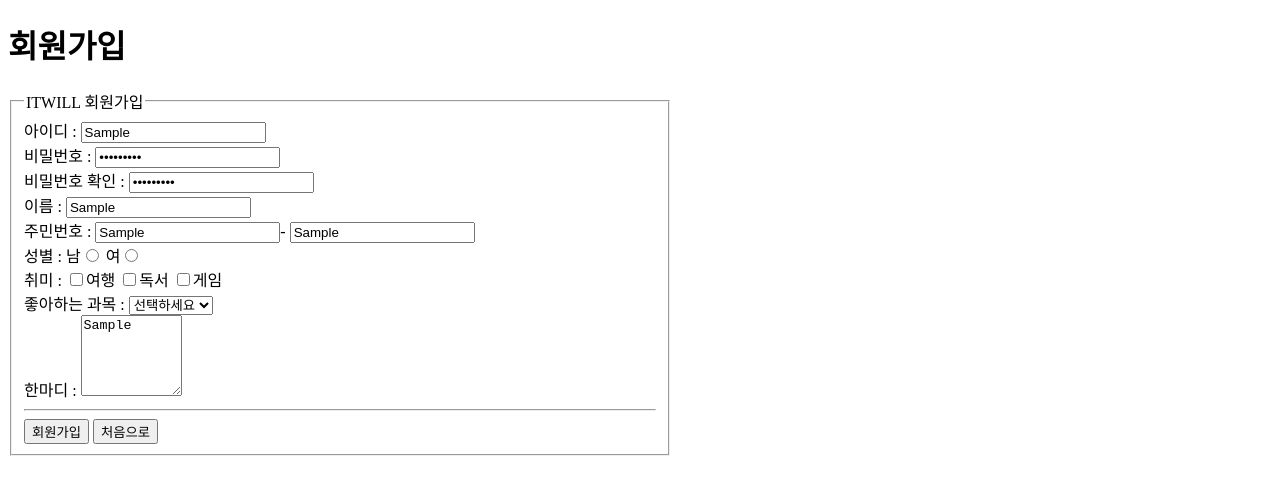
Repository: hololog/workspace_jsp1
Page: JspStudy/src/main/webapp/js1/test_김성기.html
The author's editor kept a copy of each file at every save. The page is drawn from the files as they stood at one save, then again after the next save.
The browser window is 1280 px wide. The pictures show the whole page.
Empty fields were first filled with sample values (such as "Sample", 5 or name@example.com).
After loading, the first visible `input[onclick="f1()"]` was clicked once.

Above is the page before, as saved 2021-12-16 06:25:14.

### JspStudy/src/main/webapp/js1/test_김성기.html
<!DOCTYPE html>
<html>
<head>
<meta charset="UTF-8">
<title>Insert title here</title>
<script type="text/javascript">
function f1() {
	//1) 필수조건 모두 체크(비어있는것 체크)
	//2) 아이디가 5~10자리 인지 체크
	//3) 비밀번호와 비밀번호 확인의 값이 같은지 체크
	//4) 주민번호 앞자리 6자리 인지 체크
	//5) 주민번호 뒷자리 7자리 인지 체크

// 	if(document.fr.id.value==""){
// 		alert("아이디를 입력하세요");
// 		document.fr.id.focus();
// 		return;
// 	}

// 	if(document.fr.id.value.length<5 || document.fr.id.value.length>10){
// 		alert("아이디는 5~10자리입니다");
// 		document.fr.id.focus();
// 		return;
// 	}

// 	if(document.fr.pass.value==""){
// 		alert("패스워드를 입력하세요");
// 		document.fr.pass.focus();
// 		return;
// 	}

// 	if(document.fr.pass1.value==""){
// 		alert("패스워드를 확인해주세요");
// 		document.fr.pass1.focus();
// 		return;
// 	}
	if(document.fr.pass.value!=document.fr.pass1.value){
		alert("비밀번호가 일치하지 않습니다. 다시 입력하세요");
		document.fr.pass1.focus();
		return;
	}

// 	if(document.fr.name.value==""){
// 		alert("이름을 입력하세요");
// 		document.fr.name.focus();
// 		return;
// 	}

// 	if(document.fr.snum1.value==""){
// 		alert("주민번호를 입력하세요");
// 		document.fr.snum1.focus();
// 		return;
// 	}
// 	if(document.fr.snum2.value=="" ){
// 		alert("주민번호 뒷자리도 입력하세요");
// 		document.fr.snum2.focus();
// 		return;
// 	}

// 	if(document.fr.snum1.value.length!=6){
// 		alert("주민번호 앞자리는 6자리 입니다");
// 		document.fr.snum1.focus();
// 		return;
// 	}
// 	if(document.fr.snum2.value.length!=7){
// 		alert("주민번호 뒷자리는 7자리 입니다");
// 		document.fr.snum2.focus();
// 		return;
// 	}



// 	if(document.fr.gender[0].checked==false && document.fr.gender[1].checked==false){
// 		alert("성별을 선택하세요");
// 		return;
// 	}

// 	if(document.fr.hobby[0].checked==false && document.fr.hobby[1].checked==false && document.fr.hobby[2].checked==false) {
// 		alert("취미를 선택하세요");
// 		return;
// 	}
// 	if(document.fr.select.value=="") {
// 		alert("좋아하는 과목을 선택해주세요");
// 		document.fr.sel.focus();
// 	}

// 	if(document.fr.textarea.value.length<10){
// 		alert("한다미를 10자이상 입력하세요");
// 		 document.fr.textarea.focus();
// 		 return;
// 	}

}

</script>
</head>
<body>
	<h1>회원가입</h1>
		<form action="a.jsp" method="post" name="fr">
			<fieldset style="width: 50%">
				<legend>ITWILL 회원가입</legend>
				<label>아이디 : </label><input type="text" name="id" id="id"><br>
				<label>비밀번호 : </label><input type="password" name="pass" id="pass"><br>
				<label>비밀번호 확인 : </label><input type="password" name="pass1" id="pass1"><br>
				<label>이름 : </label><input type="text" name="name" id="name"><br>
				<label>주민번호 : </label><input type="text" name="snum1" id="snum1">-
										<input type="text" name="snum2" id="snum2"><br>
				<label>성별 : </label>
							남<input type="radio" name="gender" id="gender" value="남">
							여<input type="radio" name="gender" id="gender" value="여"><br>
				<label>취미 : </label>
							<input type="checkbox" name="hobby" id="hobby1" value="여행">여행
							<input type="checkbox" name="hobby" id="hobby2" value="독서">독서
							<input type="checkbox" name="hobby" id="hobby3" value="게임">게임<br>
				<label>좋아하는 과목 : </label>
							<select name="select" id="select">
								<option value="">선택하세요</option>
								<option value="국어">국어</option>
								<option value="영어">영어</option>
								<option value="수학">수학</option>

							</select><br>
				<label>한마디 : </label>
							<textarea rows="5" cols="10" name="textarea"></textarea><br>
				<hr>
				<input type="button" value="회원가입" onclick="f1()">
				<input type="reset" value="처음으로">
		</fieldset>
		</form>
</body>
</html>

After the next save:
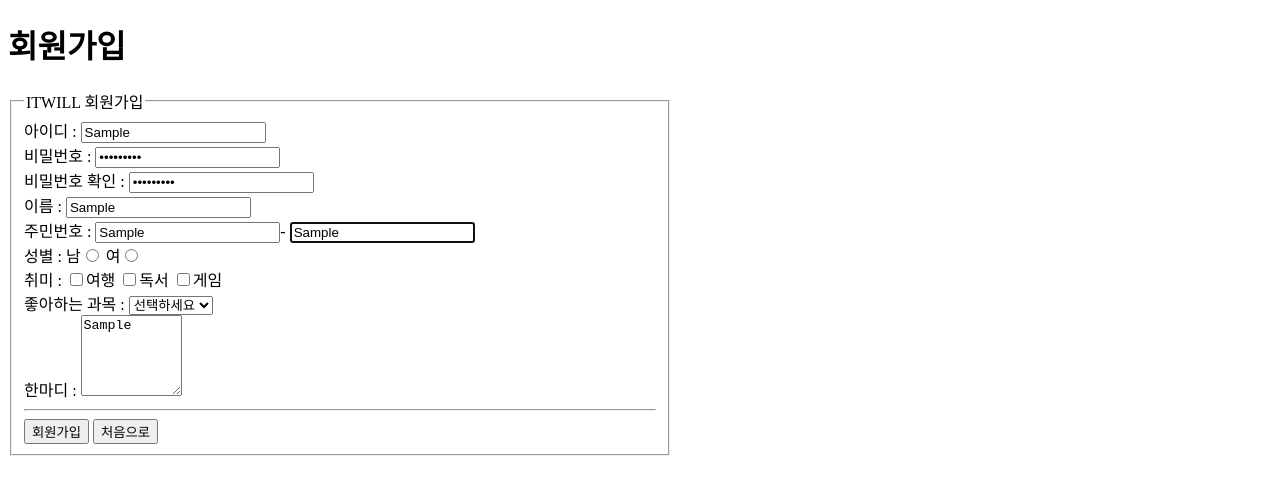
Saved 44 s later.
--- a/JspStudy/src/main/webapp/js1/test_김성기.html
+++ b/JspStudy/src/main/webapp/js1/test_김성기.html
@@ -11,84 +11,82 @@ function f1() {
 	//4) 주민번호 앞자리 6자리 인지 체크
 	//5) 주민번호 뒷자리 7자리 인지 체크
 
-// 	if(document.fr.id.value==""){
-// 		alert("아이디를 입력하세요");
-// 		document.fr.id.focus();
-// 		return;
-// 	}
+	if(document.fr.id.value==""){
+		alert("아이디를 입력하세요");
+		document.fr.id.focus();
+		return;
+	}
 
-// 	if(document.fr.id.value.length<5 || document.fr.id.value.length>10){
-// 		alert("아이디는 5~10자리입니다");
-// 		document.fr.id.focus();
-// 		return;
-// 	}
+	if(document.fr.id.value.length<5 || document.fr.id.value.length>10){
+		alert("아이디는 5~10자리입니다");
+		document.fr.id.focus();
+		return;
+	}
 
-// 	if(document.fr.pass.value==""){
-// 		alert("패스워드를 입력하세요");
-// 		document.fr.pass.focus();
-// 		return;
-// 	}
+	if(document.fr.pass.value==""){
+		alert("패스워드를 입력하세요");
+		document.fr.pass.focus();
+		return;
+	}
 
-// 	if(document.fr.pass1.value==""){
-// 		alert("패스워드를 확인해주세요");
-// 		document.fr.pass1.focus();
-// 		return;
-// 	}
+	if(document.fr.pass1.value==""){
+		alert("패스워드를 확인해주세요");
+		document.fr.pass1.focus();
+		return;
+	}
 	if(document.fr.pass.value!=document.fr.pass1.value){
 		alert("비밀번호가 일치하지 않습니다. 다시 입력하세요");
 		document.fr.pass1.focus();
 		return;
 	}
 
-// 	if(document.fr.name.value==""){
-// 		alert("이름을 입력하세요");
-// 		document.fr.name.focus();
-// 		return;
-// 	}
+	if(document.fr.name.value==""){
+		alert("이름을 입력하세요");
+		document.fr.name.focus();
+		return;
+	}
 
-// 	if(document.fr.snum1.value==""){
-// 		alert("주민번호를 입력하세요");
-// 		document.fr.snum1.focus();
-// 		return;
-// 	}
-// 	if(document.fr.snum2.value=="" ){
-// 		alert("주민번호 뒷자리도 입력하세요");
-// 		document.fr.snum2.focus();
-// 		return;
-// 	}
+	if(document.fr.snum1.value==""){
+		alert("주민번호를 입력하세요");
+		document.fr.snum1.focus();
+		return;
+	}
+	if(document.fr.snum2.value=="" ){
+		alert("주민번호 뒷자리도 입력하세요");
+		document.fr.snum2.focus();
+		return;
+	}
 
-// 	if(document.fr.snum1.value.length!=6){
-// 		alert("주민번호 앞자리는 6자리 입니다");
-// 		document.fr.snum1.focus();
-// 		return;
-// 	}
-// 	if(document.fr.snum2.value.length!=7){
-// 		alert("주민번호 뒷자리는 7자리 입니다");
-// 		document.fr.snum2.focus();
-// 		return;
-// 	}
+	if(document.fr.snum1.value.length!=6){
+		alert("주민번호 앞자리는 6자리 입니다");
+		document.fr.snum1.focus();
+		return;
+	}
+	if(document.fr.snum2.value.length!=7){
+		alert("주민번호 뒷자리는 7자리 입니다");
+		document.fr.snum2.focus();
+		return;
+	}
 
+	if(document.fr.gender[0].checked==false && document.fr.gender[1].checked==false){
+		alert("성별을 선택하세요");
+		return;
+	}
 
+	if(document.fr.hobby[0].checked==false && document.fr.hobby[1].checked==false && document.fr.hobby[2].checked==false) {
+		alert("취미를 선택하세요");
+		return;
+	}
+	if(document.fr.select.value=="") {
+		alert("좋아하는 과목을 선택해주세요");
+		document.fr.sel.focus();
+	}
 
-// 	if(document.fr.gender[0].checked==false && document.fr.gender[1].checked==false){
-// 		alert("성별을 선택하세요");
-// 		return;
-// 	}
-
-// 	if(document.fr.hobby[0].checked==false && document.fr.hobby[1].checked==false && document.fr.hobby[2].checked==false) {
-// 		alert("취미를 선택하세요");
-// 		return;
-// 	}
-// 	if(document.fr.select.value=="") {
-// 		alert("좋아하는 과목을 선택해주세요");
-// 		document.fr.sel.focus();
-// 	}
-
-// 	if(document.fr.textarea.value.length<10){
-// 		alert("한다미를 10자이상 입력하세요");
-// 		 document.fr.textarea.focus();
-// 		 return;
-// 	}
+	if(document.fr.textarea.value.length<10){
+		alert("한다미를 10자이상 입력하세요");
+		 document.fr.textarea.focus();
+		 return;
+	}
 
 }
 
